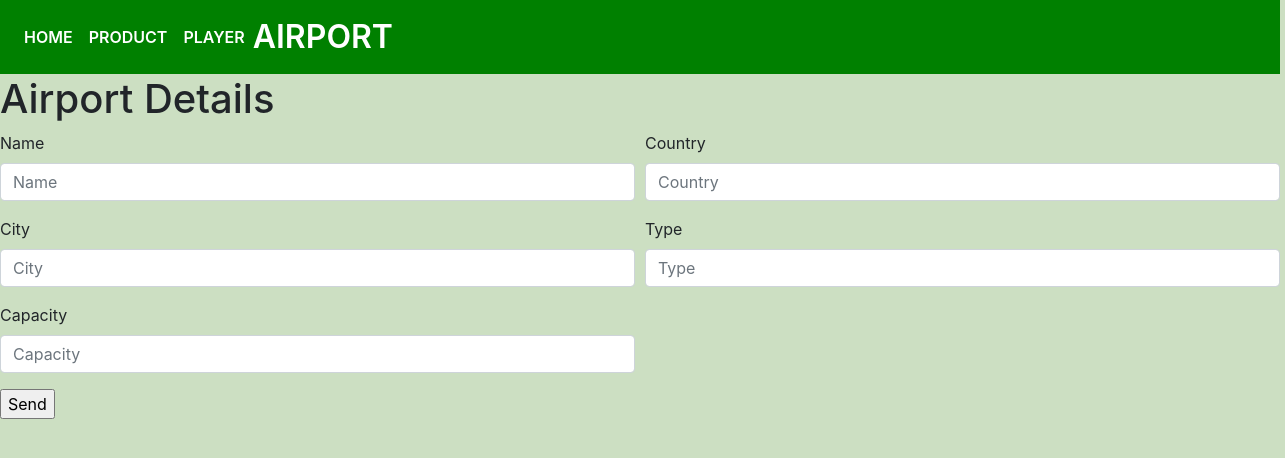
Repository: 05Mohammedismail/xworkz--Advance-Java
Page: http://localhost/Sep13_JSP/airport.jsp
An editor plug-in stored every save of this project. The page is shown before and after the next save, followed by the edit.
The browser window is 1280 px wide. The page is 1285 px wide, so the pictures cover 1285 px, including what lies to the right of the window. The pictures show the whole page.
The page is served by Tomcat 9. Other server files are loaded and not shown.

Above is the page before, as saved 2023-09-13 20:06:59.

### Sep13_JSP/src/main/webapp/airport.jsp
<%@ page language="java" contentType="text/html; charset=ISO-8859-1"
    pageEncoding="ISO-8859-1"%>
<!doctype html>
<html lang="en">
  <head>
    <meta charset="utf-8">
    <meta name="viewport" content="width=device-width, initial-scale=1">
    <title>MY-JSP</title>
<link rel="stylesheet" href="https://cdn.jsdelivr.net/npm/bootstrap@4.1.3/dist/css/bootstrap.min.css" integrity="sha384-MCw98/SFnGE8fJT3GXwEOngsV7Zt27NXFoaoApmYm81iuXoPkFOJwJ8ERdknLPMO" crossorigin="anonymous">

<style type="text/css">

body{
background-color: rgb(204, 223, 194);
}
.navbar-brand{
font-size: 2em;
}
.navbar{
background: green;
margin-bottom: 1px;
font-weight:600;
color: white;
}
.nav-link:hover{
text-decoration: underline;
}

</style>
</head>

  <body>
   <nav class="navbar navbar-expand-lg navbar-light">
  <div class="collapse navbar-collapse" id="navbarNav">
    <ul class="navbar-nav">
      <li class="nav-item">
        <a class="nav-link text-white" href="index.jsp">HOME</a>
      </li>
      <li class="nav-item">
        <a class="nav-link text-white" href="product.jsp">PRODUCT</a>
      </li>
      <li class="nav-item">
        <a class="nav-link text-white" href="player.jsp">PLAYER</a>
      </li>
    </ul>
    <a class="navbar-brand">AIRPORT</a>
  <button class="navbar-toggler" type="button" data-toggle="collapse" data-target="#navbarNav" aria-controls="navbarNav" aria-expanded="false" aria-label="Toggle navigation">
    <span class="navbar-toggler-icon"></span>
  </button>
  </div>
</nav>

<h1>Airport Details</h1>
<form action="airport" method="post">
  <div class="form-row">
    <div class="form-group col-md-6">
      <label class="label">Name</label>
      <input type="text" class="form-control" placeholder="Name" name="name">
    </div>

    <div class="form-group col-md-6">
      <label>Country</label>
      <input type="text" class="form-control" placeholder="Country" name="country">
    </div>

    <div class="form-group col-md-6">
      <label >City</label>
      <input type="text" class="form-control" placeholder="City" name="city">
    </div>


    <div class="form-group col-md-6">
      <label >Type</label>
      <input type="text" class="form-control" placeholder="Type" name="type">
    </div>

    <div class="form-group col-md-6">
      <label>Capacity</label>
      <input type="number" class="form-control" placeholder="Capacity" name="capacity">
    </div>
 </div>
 <input class="send" type="submit" value="Send">
</form>
    <script src="https://cdn.jsdelivr.net/npm/bootstrap@5.3.1/dist/js/bootstrap.bundle.min.js" integrity="sha384-HwwvtgBNo3bZJJLYd8oVXjrBZt8cqVSpeBNS5n7C8IVInixGAoxmnlMuBnhbgrkm" crossorigin="anonymous"></script>
  </body>
</html>

After the next save:
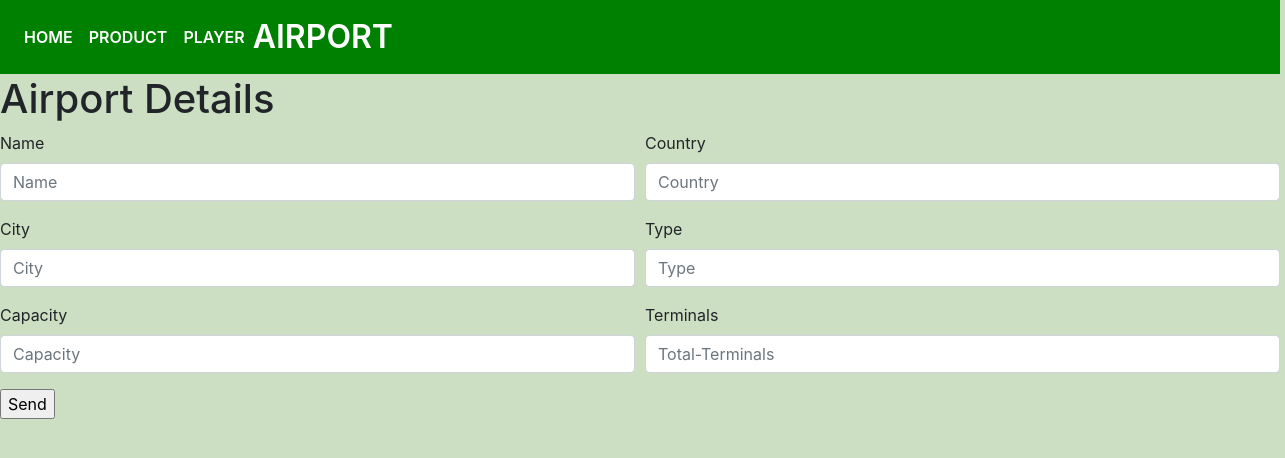
Saved 37 s later.
--- a/Sep13_JSP/src/main/webapp/airport.jsp
+++ b/Sep13_JSP/src/main/webapp/airport.jsp
@@ -78,6 +78,11 @@ text-decoration: underline;
       <label>Capacity</label>
       <input type="number" class="form-control" placeholder="Capacity" name="capacity">
     </div>
+
+    <div class="form-group col-md-6">
+      <label>Terminals</label>
+      <input type="number" class="form-control" placeholder="Total-Terminals" name="capacity">
+    </div>
  </div>
  <input class="send" type="submit" value="Send">
 </form>
